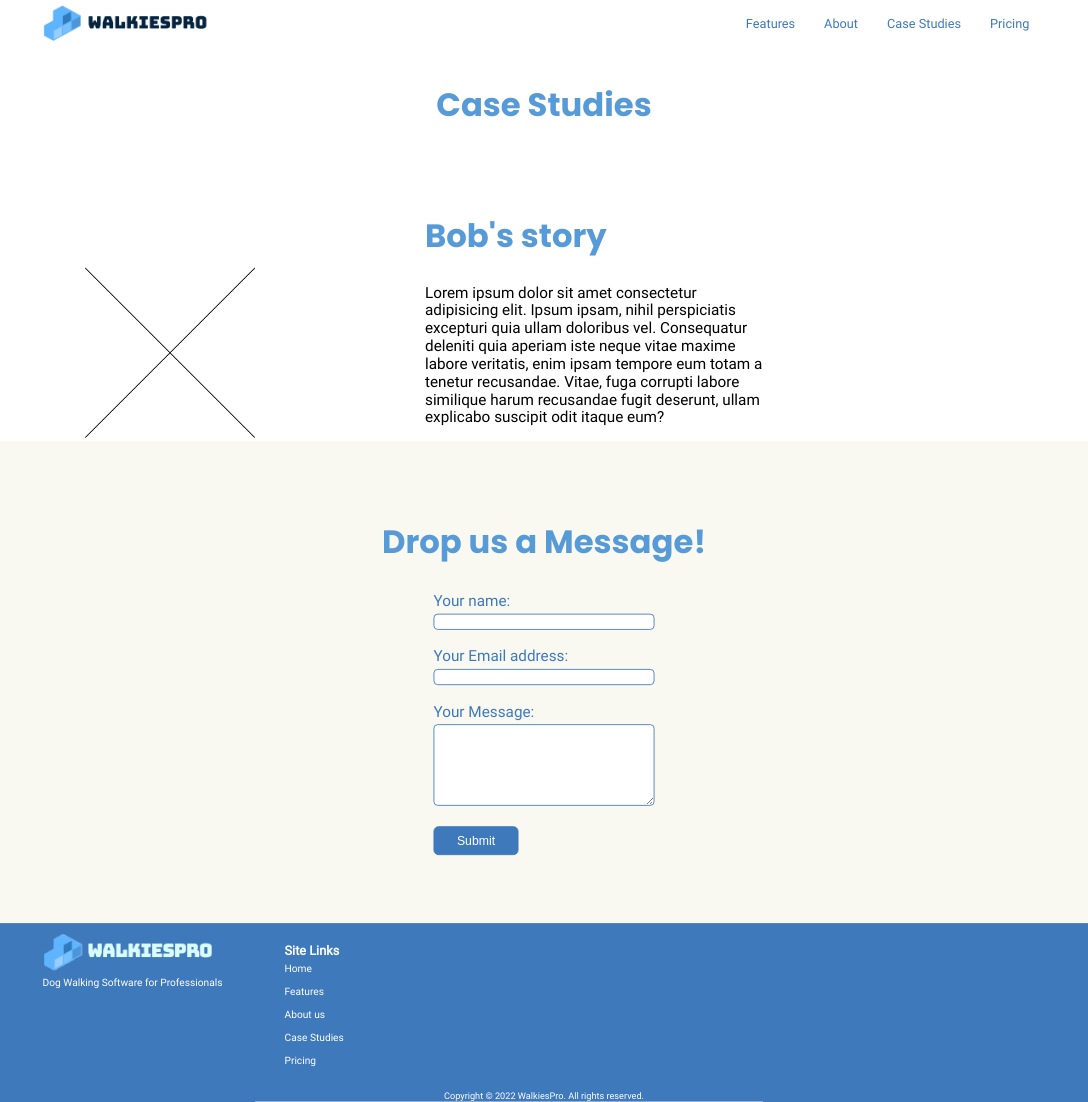
Repository: StevieC87/LAYOUT4
Page: case-studies.html
The author's editor kept a copy of each file at every save. The page is drawn from the files as they stood at one save, then again after the next save.
The browser window is 1280 px wide. The pictures show the whole page, at 85% of full size.

Above is the page before, as saved 2022-01-02 18:31:34.

After the next save:
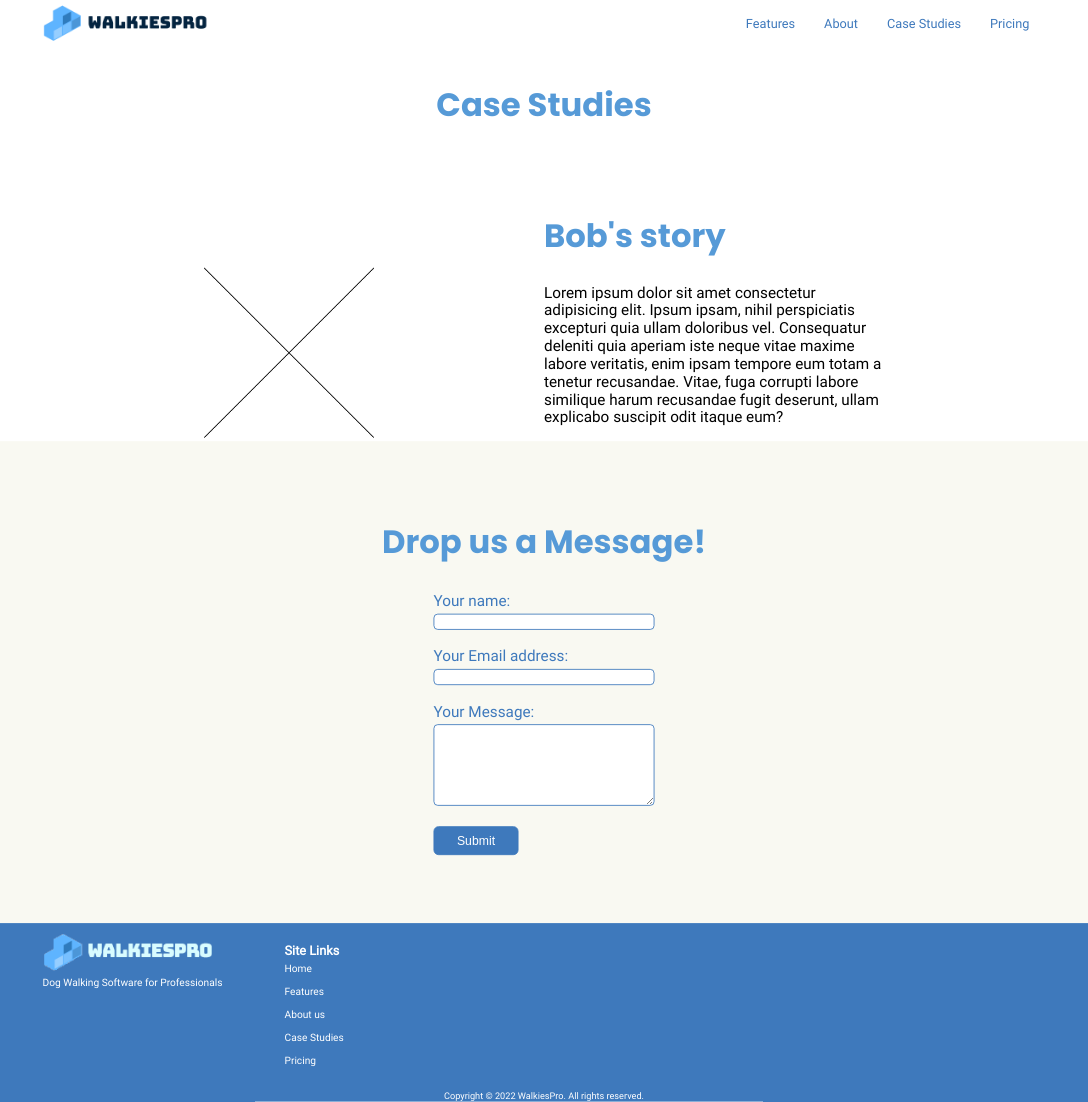
Saved 14 s later.
--- a/css/casestudies.css
+++ b/css/casestudies.css
@@ -1,5 +1,4 @@
 .casestudieswrapper {
-  max-width: 1000px;
   display: grid;
   justify-content: center;
 }
